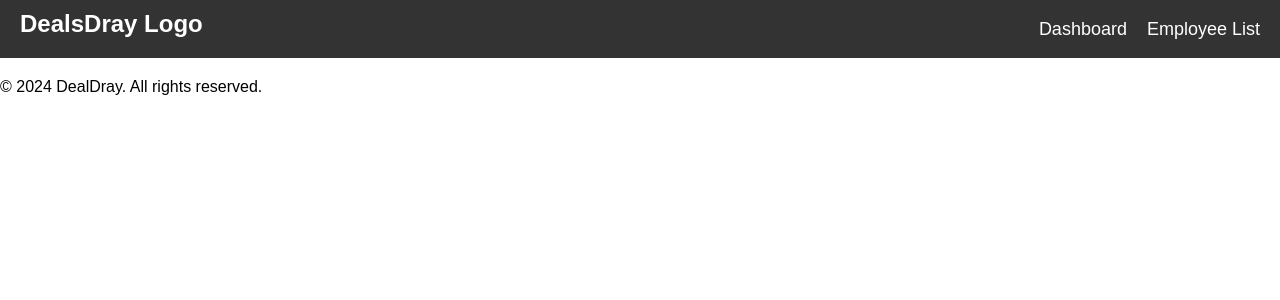
Repository: Mahanandapadavale123/dealsdray
Page: /dashboard (app in frontend/)
The author's editor kept a copy of each file at every save. The page is drawn from the files as they stood at one save, then again after the next save.
The browser window is 1280 px wide. The pictures show the whole page.
The page's requests for data from a server got no answer. The project was rebuilt for these pictures with package versions that can differ from the ones it lists, and the page was loaded fresh each time. No one was signed in, and anything a server would have sent is missing. Also part of the build but not shown: frontend/src/views/login.jsx.

Above is the page before, as saved 2024-09-19 13:49:05.

After the next save:
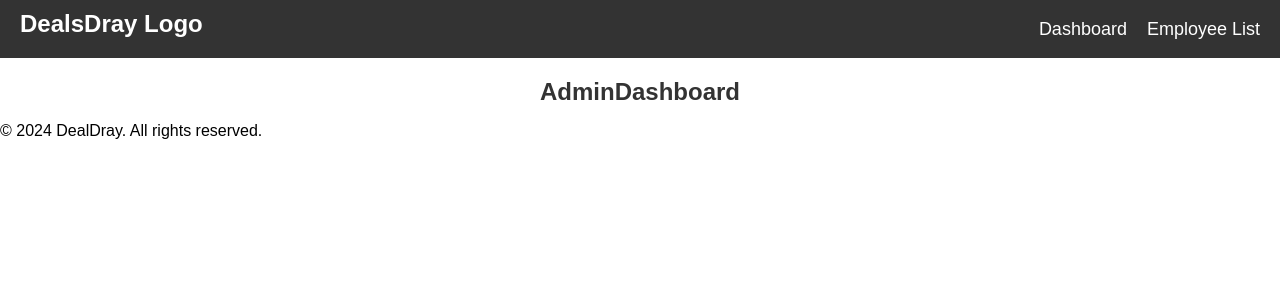
Saved 81 s later.
--- a/frontend/src/views/dashboard.js
+++ b/frontend/src/views/dashboard.js
@@ -9,7 +9,9 @@ const Dashboard = () => {
       <Header />
 
       <main className="content">
-        <h2></h2>
+        <h2>
+          AdminDashboard
+        </h2>
       </main>
 
       <Footer />
